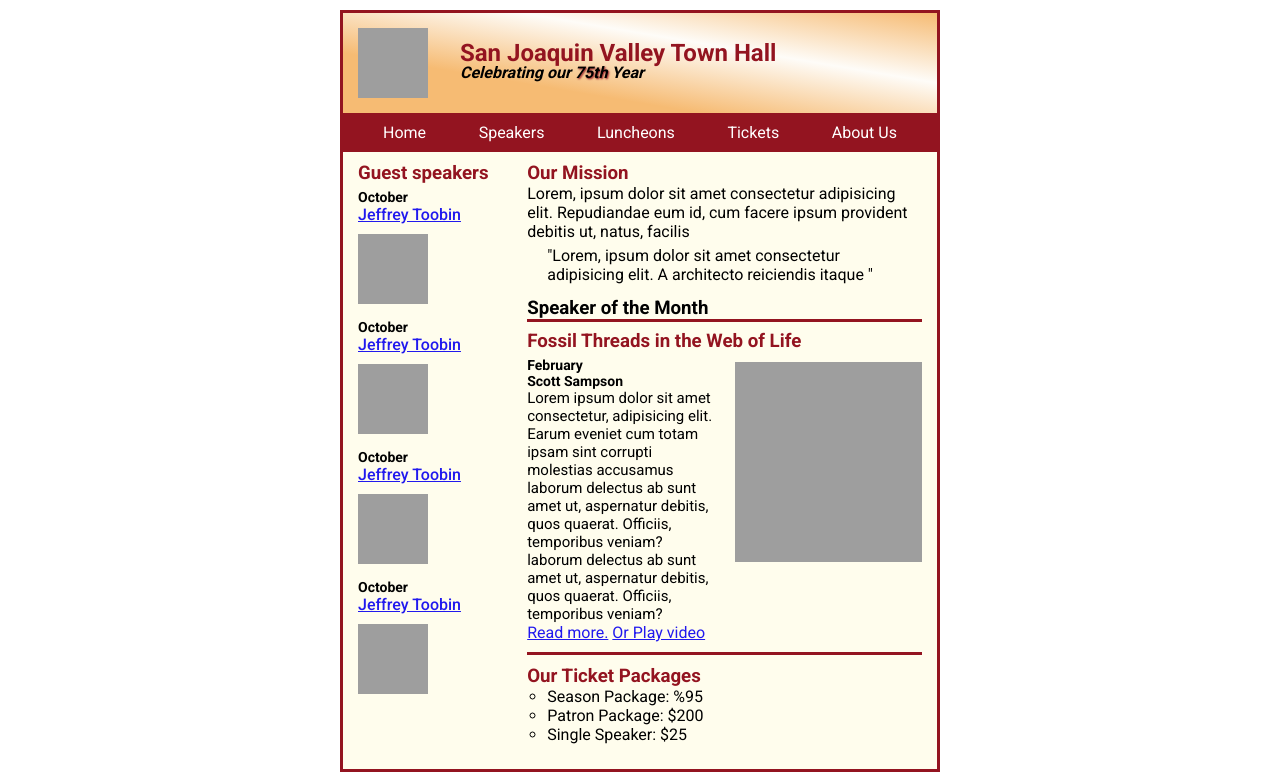
Repository: Mannj-nef/ex-5-6-7-8_IvVettech
Page: index.html
The author's editor kept a copy of each file at every save. The page is drawn from the files as they stood at one save, then again after the next save.
The browser window is 1280 px wide. The pictures show the whole page.
Pictures or frames that could not be fetched are drawn as grey boxes.

Above is the page before, as saved 2022-03-24 23:13:44.

### index.html
<!DOCTYPE html>
<html lang="en">
  <head>
    <meta charset="UTF-8" />
    <meta http-equiv="X-UA-Compatible" content="IE=edge" />
    <meta name="viewport" content="width=device-width, initial-scale=1.0" />
    <link rel="stylesheet" href="./Asset/style.css" />
    <link rel="preconnect" href="https://fonts.googleapis.com" />
    <link rel="preconnect" href="https://fonts.gstatic.com" crossorigin />
    <link
      href="https://fonts.googleapis.com/css2?family=Roboto:wght@300;400;500;700&display=swap"
      rel="stylesheet"
    />
    <title>Exercise5-6</title>
    <link
      rel="shortcut icon"
      href="https://iviettech.vn/wp-content/themes/viettech/img/front/favicon.ico"
      type="image/x-icon"
    />
  </head>
  <body>
    <div id="app">
      <header id="header">
        <div class="header-top">
          <div class="header-image__wrapper">
            <img
              src="https://source.unsplash.com/random"
              alt=""
              class="header-image"
            />
          </div>
          <div class="header-main">
            <h2 class="header-main__title">San Joaquin Valley Town Hall</h2>
            <p class="header-main__decs">
              Celebrating our
              <span class="header-main__decs-b"
                >75 <span class="header-main__decs-c">th</span>
              </span>
              Year
            </p>
          </div>
        </div>
        <div class="header-nav">
          <ul class="header-nav__list">
            <li class="header-nav__item">
              <a href="" class="header-nav__link">Home</a>
            </li>
            <li class="header-nav__item">
              <a href="" class="header-nav__link">Speakers</a>
            </li>
            <li class="header-nav__item">
              <a href="" class="header-nav__link">Luncheons</a>
            </li>
            <li class="header-nav__item">
              <a href="" class="header-nav__link">Tickets</a>
            </li>
            <li class="header-nav__item">
              <a href="" class="header-nav__link">About Us</a>
            </li>
          </ul>
        </div>
      </header>
      <section id="content">
        <div class="content-left">
          <h3 class="content-title">Guest speakers</h3>

          <div class="content-left__member">
            <p class="content__member-month">October</p>
            <a href="" class="content-left__member-link">Jeffrey Toobin</a>
            <div class="content-left__member-avata-wrapper">
              <img
                src="https://source.unsplash.com/random"
                alt=""
                class="content-left__member-avata"
              />
            </div>
          </div>
          <div class="content-left__member">
            <p class="content__member-month">October</p>
            <a href="" class="content-left__member-link">Jeffrey Toobin</a>
            <div class="content-left__member-avata-wrapper">
              <img
                src="https://source.unsplash.com/random"
                alt=""
                class="content-left__member-avata"
              />
            </div>
          </div>
          <div class="content-left__member">
            <p class="content__member-month">October</p>
            <a href="" class="content-left__member-link">Jeffrey Toobin</a>
            <div class="content-left__member-avata-wrapper">
              <img
                src="https://source.unsplash.com/random"
                alt=""
                class="content-left__member-avata"
              />
            </div>
          </div>
          <div class="content-left__member">
            <p class="content__member-month">October</p>
            <a href="" class="content-left__member-link">Jeffrey Toobin</a>
            <div class="content-left__member-avata-wrapper">
              <img
                src="https://source.unsplash.com/random"
                alt=""
                class="content-left__member-avata"
              />
            </div>
          </div>
        </div>
        <div class="content-right">
          <div class="content-right__top">
            <h3 class="content-title">Our Mission</h3>
            <p class="content-right__desc">
              Lorem, ipsum dolor sit amet consectetur adipisicing elit.
              Repudiandae eum id, cum facere ipsum provident debitis ut, natus,
              facilis
            </p>
            <p class="content-right__desc-sub">
              "Lorem, ipsum dolor sit amet consectetur adipisicing elit. A
              architecto reiciendis itaque "
            </p>
            <h3 class="content-right-title">Speaker of the Month</h3>
          </div>
          <div class="content-right__center">
            <h3 class="content-title">Fossil Threads in the Web of Life</h3>
            <div class="content-right__center-wrapper">
              <div class="content-right__center-left">
                <h3 class="content__member-month center-left_title">
                  <p>February</p>
                  Scott Sampson
                </h3>
                <p class="content-left__center-desc">
                  Lorem ipsum dolor sit amet consectetur, adipisicing elit.
                  Earum eveniet cum totam ipsam sint corrupti molestias
                  accusamus laborum delectus ab sunt amet ut, aspernatur
                  debitis, quos quaerat. Officiis, temporibus veniam? laborum
                  delectus ab sunt amet ut, aspernatur debitis, quos quaerat.
                  Officiis, temporibus veniam?
                </p>
                <a href="" class="content-left__center-link">Read more.</a>
                <a href="" class="content-left__center-link">Or Play video</a>
              </div>
              <div class="content-right__center-right">
                <img
                  src="https://source.unsplash.com/random"
                  alt=""
                  class="content-right__center-right_img"
                />
              </div>
            </div>
          </div>
          <div class="content-right__foot">
            <h3 class="content-title">Our Ticket Packages</h3>
            <ul class="content-right__foot-list">
              <li class="content-right__foot-item">Season Package: %95</li>
              <li class="content-right__foot-item">Patron Package: $200</li>
              <li class="content-right__foot-item">Single Speaker: $25</li>
            </ul>
          </div>
        </div>
      </section>
    </div>
  </body>
</html>

### Asset/style.css
* {
  margin: 0;
  padding: 0;
  box-sizing: border-box;
}
html {
  font-family: "Roboto", sans-serif;
}
:root {
  --prymary-color: #931420;
  --white-color: #fff;
  --yellow-color: #ebc700;
  --blue-color: #2119ee;
  --size: 70px;
}

#app {
  margin: 10px auto;
  width: 600px;
  border: 3px solid var(--prymary-color);
}

#header {
}
.header-top {
  padding: 15px;
  display: flex;
  align-items: center;
  background-image: linear-gradient(
    to right top,
    #f6bb73 30%,
    #fefcf8,
    #f6bb73
  );
}
.header-image__wrapper {
  width: var(--size);
  height: var(--size);
  margin-right: 2em;
}
.header-image {
  width: 100%;
  height: 100%;
  object-fit: cover;
}
.header-main {
  line-height: 20px;
}
.header-main__title {
  color: var(--prymary-color);
}
.header-main__decs {
  color: #000;
  font-weight: 600;
  font-style: italic;
}
.header-main__decs-b {
  display: inline-flex;
  text-shadow: 1px 1px 2px var(--prymary-color);
}
.header-nav {
  background-color: var(--prymary-color);
}
.header-nav__list {
  list-style: none;
  display: flex;
  justify-content: space-between;
  padding: 0 20px;
}
.header-nav__item {
  padding: 10px 20px;
}
.header-nav__link {
  font-weight: 400;
  text-decoration: none;
  color: var(--white-color);
}
.header-nav__item:hover .header-nav__link {
  color: var(--yellow-color);
}

#content {
  background-color: #fffded;
  padding: 10px 15px;
  display: flex;
}

.content-left {
  width: 30%;
}
.content-title {
  color: var(--prymary-color);
}
.content-left__member {
}
.content__member-month {
  margin-top: 5px;
  font-size: 14px;
  font-weight: 600;
}
.content-left__member-link {
  font-weight: 500;
  color: var(--blue-color);
}
.content-left__member-avata-wrapper {
  width: var(--size);
  height: var(--size);
  display: flex;
  margin: 10px 0 15px;
}
.content-left__member-avata {
  width: 100%;
  height: 100%;
}
.content-right {
  width: 70%;
}
.content-right__desc-sub {
  padding: 5px 20px;
}
.content-right-title {
  margin: 8px 0;
  font-weight: 600;
  color: #000;
  border-bottom: 3px solid var(--prymary-color);
}

.content-right__center {
  padding: 0 0 10px;
  border-bottom: 3px solid var(--prymary-color);
}

.content-right__center-wrapper {
  display: flex;
}

.content-right__center-left {
  flex: 1;
}
.center-left_title {
  margin-right: 10px;
}
.content-left__center-desc {
  font-size: 15px;
  line-height: 1.2;
}
.content-left__center-link {
  color: var(--blue-color);
}
.content-right__center-right {
  margin: 10px 0 0 20px;
  width: 100px;
  height: 200px;
  display: flex;
  flex: 1;
}
.content-right__center-right_img {
  width: 100%;
  height: 100%;
}
.content-right__foot {
  margin: 10px 0 15px;
}
.content-right__foot-list {
  list-style: circle;
  padding-left: 20px;
}

After the next save:
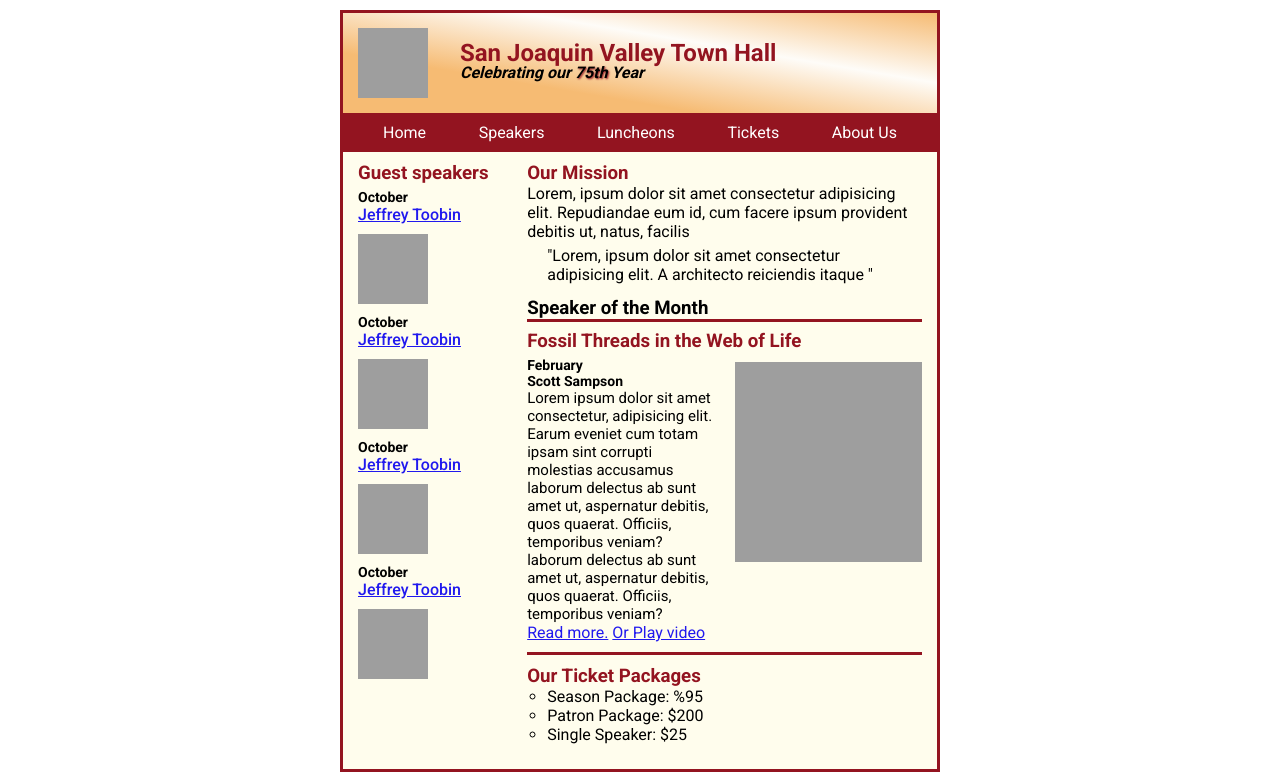
Saved 16 s later.
--- a/Asset/style.css
+++ b/Asset/style.css
@@ -106,7 +106,7 @@ html {
   width: var(--size);
   height: var(--size);
   display: flex;
-  margin: 10px 0 15px;
+  margin: 10px 0;
 }
 .content-left__member-avata {
   width: 100%;
